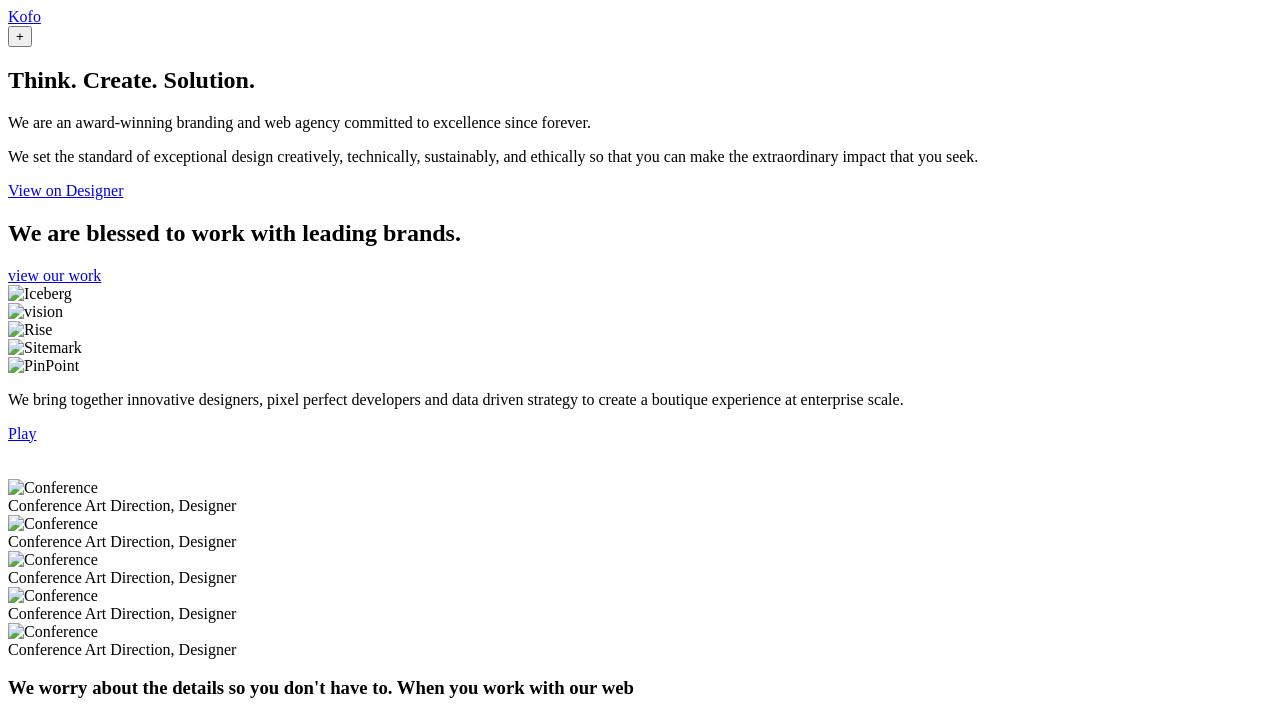
Repository: debthebuilder/kofo
Page: index.html
The author's editor kept a copy of each file at every save. The page is drawn from the files as they stood at one save, then again after the next save.
The browser window is 1280 px wide. The pictures show the whole page.

Above is the page before, as saved 2022-10-13 11:41:58.

### index.html
<!DOCTYPE html>
<html lang="en">
<head>
    <meta charset="UTF-8">
    <meta http-equiv="X-UA-Compatible" content="IE=edge">
    <meta name="viewport" content="width=device-width, initial-scale=1.0">
    <title>Kofo - Webflow Portfolio template</title>
</head>
<body>
    <!--Fixed Top Navigation Bar-->
    <nav class="fixed-navbar">
        <a href="index.html" class="logo">Kofo</a>
        <div>
            <button>+</button>
        </div>
    </nav>
    <!--Hero Section-->
    <section class="hero">
        <div class="row">
            <div class="col">
                <h1>Think. <span>Create.</span> Solution.</h1>
            </div>
            <div class="col">
                <div>
                    <p>We are an award-winning branding and web agency committed to excellence since forever.</p>
                </div>
                <div>
                    <p>We set the standard of exceptional design creatively, technically, sustainably, and ethically so that you can make the extraordinary impact that you seek.</p>
                    <div>
                        <a href="#">View on Designer</a>
                        <span>
                            <img src="#" alt="" />
                        </span>
                    </div>
                </div>
            </div>
        </div>
    </section>
    <!--Partner Brands-->
    <section>
        <div>
            <h2>We are blessed to work with leading brands.</h2>
            <a href="#">view our work</a>
        </div>
        <div>
            <div class="partner-logo">
                <img src="#" alt="Iceberg" />
            </div>
            <div class="partner-logo">
                <img src="#" alt="vision" />
            </div>
            <div class="partner-logo">
                <img src="#" alt="Rise" />
            </div>
            <div class="partner-logo">
                <img src="#" alt="Sitemark" />
            </div>
            <div class="partner-logo">
                <img src="#" alt="PinPoint" />
            </div>
        </div>
    </section>
    <!--What we do-->
    <section class="about">
        <div class="row">
            <div class="col">
                <p>We bring together innovative designers, pixel perfect developers and data driven strategy to create a boutique experience at enterprise scale.</p>
                <div>
                    <a href="#">Play</a>
                    <div>
                        <img src="" alt="" />
                    </div>
                </div>
            </div>
            <div class="col">
                <div>
                    <img src="" alt="" />
                </div>
            </div>
        </div>
    </section>
    <!--Portfolio-->
    <section class="portfolio">
        <div class="grid">
            <div class="portfolio-item">
                <div class="">
                    <img src="" alt="Conference" />
                </div>
                <div class="absolute">
                    <div class="flex-items">
                        <span class="item-title">Conference</span>
                        <span class="item-tags">Art Direction, Designer</span>
                    </div>
                </div>
            </div>
            <div class="portfolio-item">
                <div class="">
                    <img src="" alt="Conference" />
                </div>
                <div class="absolute">
                    <div class="flex-items">
                        <span class="item-title">Conference</span>
                        <span class="item-tags">Art Direction, Designer</span>
                    </div>
                </div>
            </div>
            <div class="portfolio-item">
                <div class="">
                    <img src="" alt="Conference" />
                </div>
                <div class="absolute">
                    <div class="flex-items">
                        <span class="item-title">Conference</span>
                        <span class="item-tags">Art Direction, Designer</span>
                    </div>
                </div>
            </div>
            <div class="portfolio-item">
                <div class="">
                    <img src="" alt="Conference" />
                </div>
                <div class="absolute">
                    <div class="flex-items">
                        <span class="item-title">Conference</span>
                        <span class="item-tags">Art Direction, Designer</span>
                    </div>
                </div>
            </div>
            <div class="portfolio-item">
                <div class="">
                    <img src="" alt="Conference" />
                </div>
                <div class="absolute">
                    <div class="flex-items">
                        <span class="item-title">Conference</span>
                        <span class="item-tags">Art Direction, Designer</span>
                    </div>
                </div>
            </div>
        </div>
    </section>
    <!--Services-->
    <section>
        <h3>We worry about the details so you don't have to. When you work with our web</h3>
    </section>
    <!--Testimonial-->
    <!--Fun Facts-->
    <!--Latest Blog Posts-->
    <!--Newsletter-->
    <!--Footer-->
</body>
</html>

After the next save:
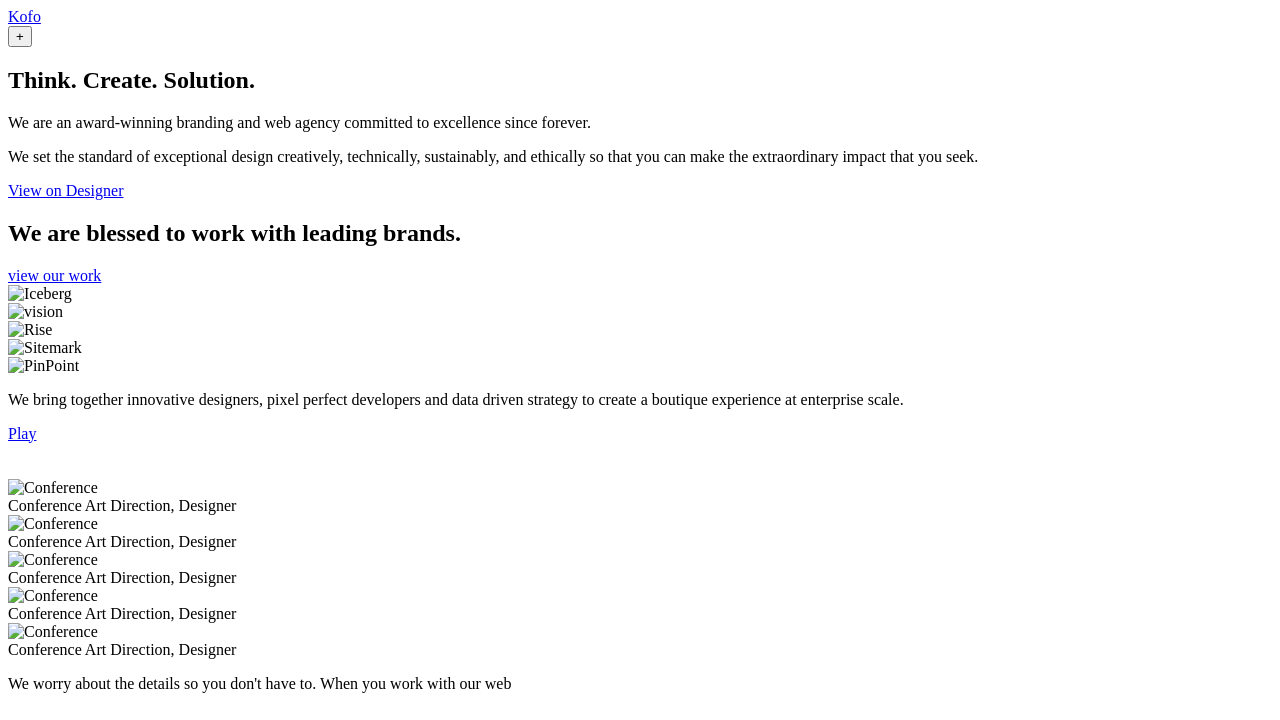
Saved 12 s later.
--- a/index.html
+++ b/index.html
@@ -141,7 +141,7 @@
     </section>
     <!--Services-->
     <section>
-        <h3>We worry about the details so you don't have to. When you work with our web</h3>
+        <p>We worry about the details so you don't have to. When you work with our web</p>
     </section>
     <!--Testimonial-->
     <!--Fun Facts-->
